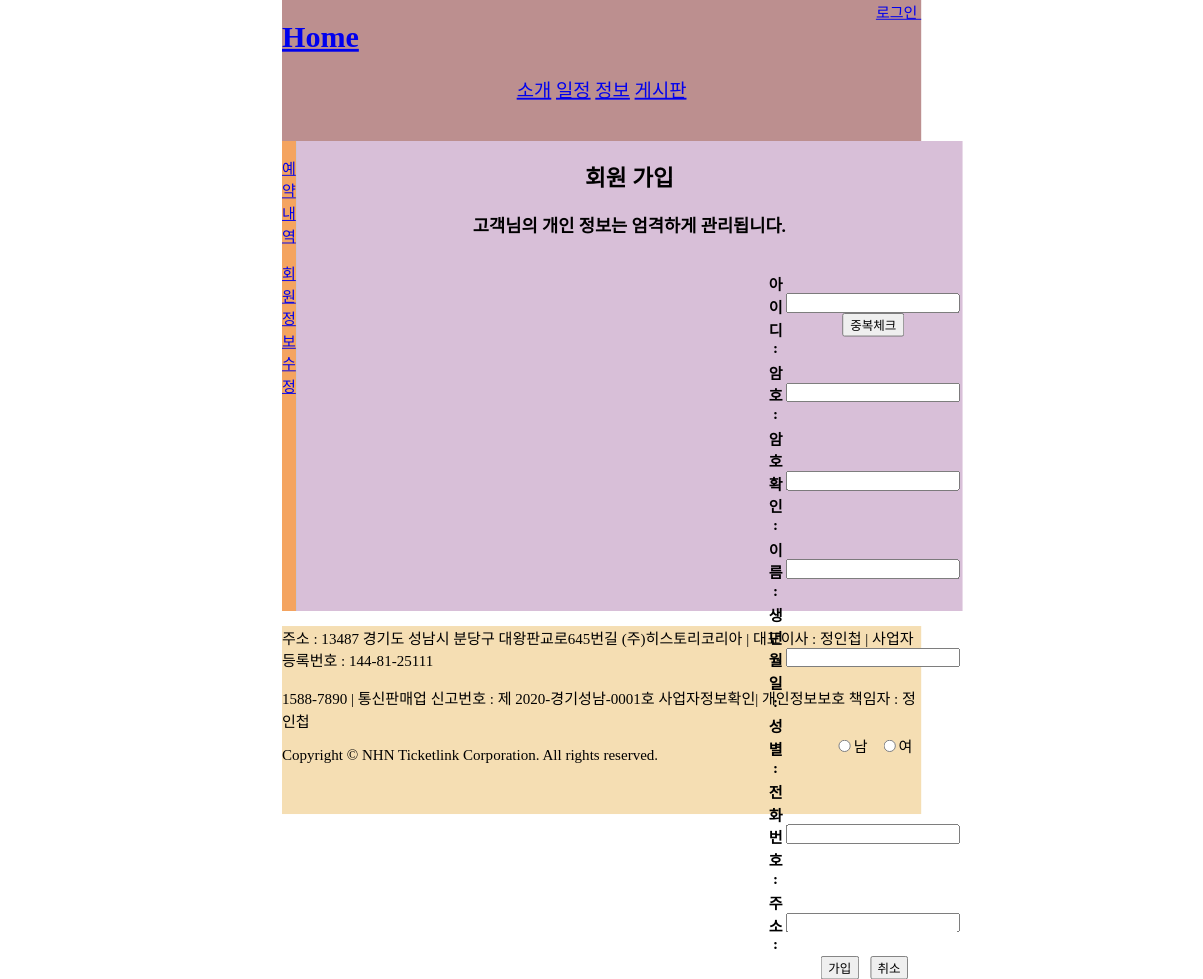
Repository: dlscjq34/JSP_historyTour
Page: http://localhost/HistoryTour/WEB-INF/views/member/joinMember.jsp
The author's editor kept a copy of each file at every save. The page is drawn from the files as they stood at one save, then again after the next save.
The browser window is 1280 px wide. The pictures show the whole page, at 94% of full size.
The page is served by Tomcat 9. Nobody is signed in. Other server files are loaded and not shown. The template is opened directly, without the code that normally fills it, so the values that code supplies are empty.

Above is the page before, as saved 2020-12-21 03:50:14.

### HistoryTour/WebContent/WEB-INF/views/member/joinMember.jsp
<%@ page language="java" contentType="text/html; charset=UTF-8"
    pageEncoding="UTF-8"%>
<!DOCTYPE html>
<html lang="en">
<head>
    <jsp:include page="/WEB-INF/views/include/head.jsp" />
    <link rel="stylesheet" href="css/joinMember.css">
</head>
<body>
    <!-- <header> -->
    <jsp:include page="/WEB-INF/views/include/header.jsp" />


    <!-- center = <aside> + <article> -->
    <div class="center">
        <aside>
            <p><a href="ticket.do">예약 내역</a></p>
            <p><a href="editMember.do">회원 정보 수정</a></p>
        </aside>


        <article>
         <h1>회원 가입</h1>
                    <h3>고객님의 개인 정보는 엄격하게 관리됩니다.</h3>
                <form action="joinMemberPro.do" method="post" name="frm" onsubmit="return lenCheck()">

                    <table>
	               		<tr>
	               			<th>아이디 :
	               			<td><input type="text" name="id" id="id" />
	               				<input type="button" onclick="dupCheck()" value="중복체크">
	               		</tr>
	               		<tr>
	               			<th>암호 :
	               			<td><input type="password" name="pswd1" id="pswd1" required/>
	               		</tr>
	               		<tr>
	               			<th>암호 확인 :
	               			<td><input type="password" name="pswd2" id="pswd2" required onkeyup="pwCheck()"/>
	               				<span id="pwStatus"></span>
	               		</tr>
	               		<tr>
	               			<th>이름 :
	               			<td><input type="text" name="name" id="name" required/>
	               		</tr>
	               		<tr>
	               			<th>생년월일 :
	               			<td><input type="text" name="birth" id="birth" required/>
	               		</tr>
	               		<tr>
	               			<th>성별 :
	               			<td><input type="radio" name="gender" id="man" value="1" required />남 &nbsp;
	               				<input type="radio" name="gender" id="woman" value="2" required />여
	               		</tr>
	               		<tr>
	               			<th>전화번호 :
	               			<td><input type="text" name="tel" id="tel" required>
	               		</tr>
	               		<tr>
	               			<th>주소 :
	               			<td><input type="text" name="address" id="address" required>
	               		</tr>
               		</table>
                <input type="submit" name="enroll" class="enroll" value="가입"> &nbsp;
                <input type="reset" value="취소">
                </form>
        </article>
    </div>


    <!-- <footer> -->
    <jsp:include page="/WEB-INF/views/include/footer.jsp" />

</body>

<script>
	function dupCheck() {
		let id = document.frm.id.value;
		if(id == '') {
			alert("아이디를 입력하세요");
			document.frm.id.focus();
			return;
		}
		window.open('joinCheck.do?id='+id, 'joinCheck', 'width=600, height=300');
	}

	function lenCheck() {
		let id = document.frm.id.value.trim();

		if(!(id.length >= 3 && id.length <=12)) {
			alert("아이디는 3에서 12글자만 입력 가능합니다.");
			document.frm.id.select();
			return false;
		}
	}

	function pwCheck() {
		pw1 = document.frm.pswd1.value;
		pw2 = document.frm.pswd2.value;
		pwStatus = document.getElementById("pwStatus");

		if(pw1 == pw2) {
			pwStatus.innerHTML = "패스워드 확인";
			pwStatus.style.color = "blue"
		}
		else {
			pwStatus.innerHTML = "패스워드 틀림";
			pwStatus.style.color = "red"
		}
	}

/* 	<tr>
		<th>암호 :
		<td><input type="password" name="pswd1" id="pswd1" required/>
	</tr>
	<tr>
		<th>암호 확인 :
		<td><input type="password" name="pswd2" id="pswd2" required onkeyup="pwCheck()"/>
			<span class="pwStatus"></span>
	</tr> */
</script>

</html>

### HistoryTour/WebContent/WEB-INF/views/include/head.jsp
<%@ page language="java" contentType="text/html; charset=UTF-8"
    pageEncoding="UTF-8"%>
<meta charset="UTF-8">
<meta name="viewport" content="width=device-width, initial-scale=1.0">
<title>Document</title>
<link rel="stylesheet" href="css/common.css">

### HistoryTour/WebContent/WEB-INF/views/include/header.jsp
<%@ page language="java" contentType="text/html; charset=UTF-8"
    pageEncoding="UTF-8"%>
<%@ taglib prefix="c" uri="http://java.sun.com/jsp/jstl/core" %>
<%
	//쿠키에 아이디가 있으면 세션으로 빼온다.
	Cookie[] cookies = request.getCookies();

	if (cookies != null) {
		for(Cookie cookie : cookies) {
			if(cookie.getName().equals("id")) {
				String id = cookie.getValue();
				session.setAttribute("id", id);
			}
		}
	}

	String id = (String)session.getAttribute("id");
%>

<header>
    <div class="home-line">
        <h1><a href="index.do">Home</a></h1>
        <!-- 세션으로 빼온 아이디가 있으면 -->
<%
			if (id != null) {
%>
        		${ id } 님 반갑습니다.&nbsp;
        		<a href="myPage.do">마이페이지</a>&nbsp;
        		<a href="logoutPro.do">로그아웃</a>
<%
			} else {
%>
        	<!-- 세션으로 빼온 아이디가 없으면 -->
        		 <a href="login.do">로그인&nbsp;</a>
<%
			}
%>

    </div>
    <div class="menu">
        <a href="intro.do">소개</a>
        <a href="schedule.do">일정</a>
        <a href="information.do">정보</a>
        <a href="board.do">게시판</a>
    </div>
</header>

### HistoryTour/WebContent/WEB-INF/views/include/footer.jsp
<%@ page language="java" contentType="text/html; charset=UTF-8"
    pageEncoding="UTF-8"%>
<footer>
    <p>주소 : 13487 경기도 성남시 분당구 대왕판교로645번길 (주)히스토리코리아 | 대표이사 : 정인첩 | 사업자등록번호 : 144-81-25111</p>
    <p>1588-7890 |  통신판매업 신고번호 : 제 2020-경기성남-0001호 사업자정보확인| 개인정보보호 책임자 : 정인첩</p>
    <p>Copyright © NHN Ticketlink Corporation. All rights reserved.</p>
</footer>

### HistoryTour/WebContent/css/common.css
body {
  grid-template-columns: 1fr 1fr;
  box-sizing: border-box;
  margin: 0 300px;
}

/* header ----------------------------------------------- */

header {
  background: rosybrown;
  height: 150px;
}
header .home-line {
  display: flex;
}
header .home-line h1 {
  flex: 1;
}
header .menu {
  text-align: center;
  font-size: 20px;
}

/* <aside> <article> ----------------------------------------------- */

.center {
  display: flex;
  height: 500px;
  background: turquoise;
}
.center aside {
  background: sandybrown;
  flex: 2;
}
.center article {
  background: thistle;
  flex: 8;
  text-align: center;
}


/* footer ----------------------------------------------- */

footer {
  background: wheat;
  height: 200px;
}

### HistoryTour/WebContent/css/joinMember.css


.center article form  {
  position: relative;
  margin-top: 5%;
  margin-left: 500px;
  /* width: 100px;
  font-size: 20px; */
}

After the next save:
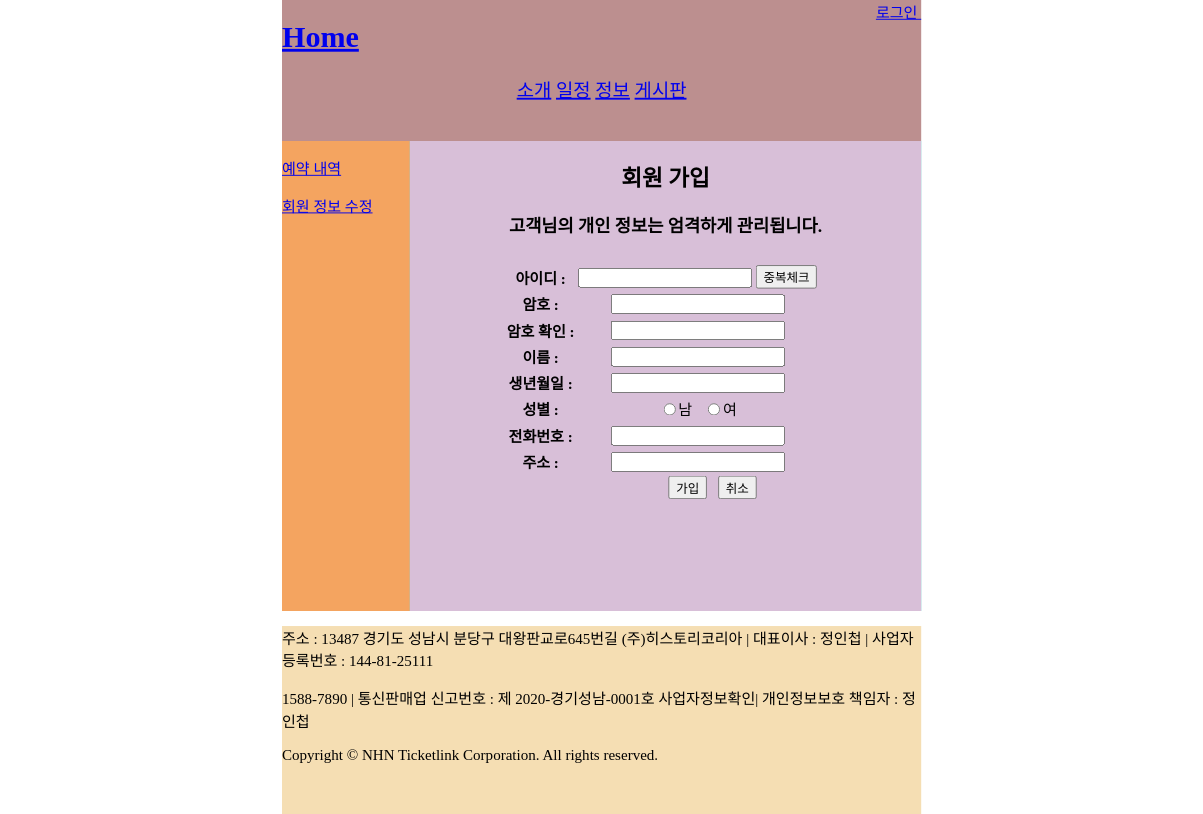
Saved 7 s later.
--- a/HistoryTour/WebContent/css/joinMember.css
+++ b/HistoryTour/WebContent/css/joinMember.css
@@ -3,7 +3,7 @@
 .center article form  {
   position: relative;
   margin-top: 5%;
-  margin-left: 500px;
+  margin-left: 100px;
   /* width: 100px;
   font-size: 20px; */
 }
